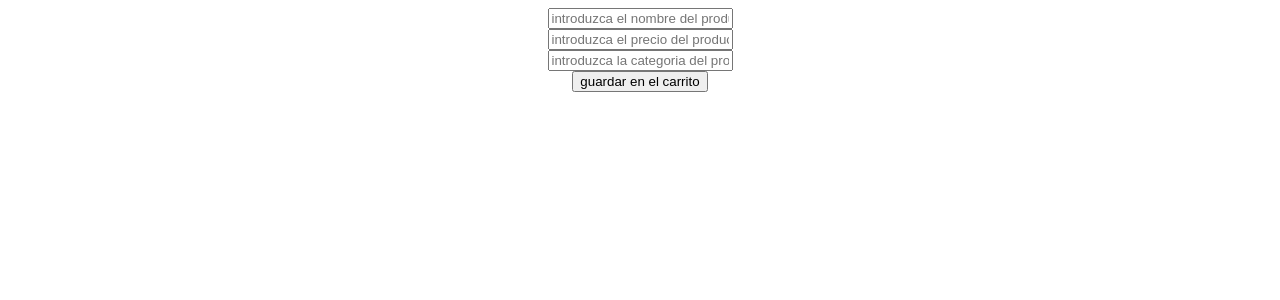
Repository: angegon/Developing-Applications-for-the-Java-EE-Platform
Page: javaee/17_carrito_compra_jsp/WebContent/agregar.html
An editor plug-in stored every save of this project. The page is shown before and after the next save, followed by the edit.
The browser window is 1280 px wide. The pictures show the whole page.

Above is the page before, as saved 2016-12-22 17:01:15.

After the next save:
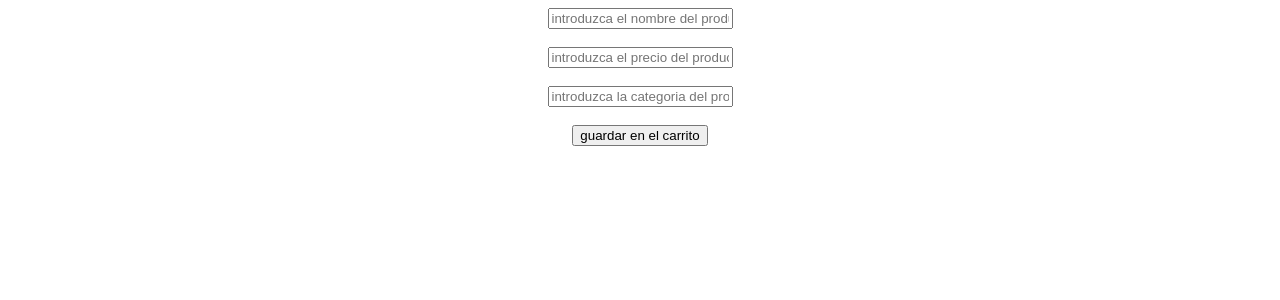
Saved 6 s later.
--- a/javaee/17_carrito_compra_jsp/WebContent/agregar.html
+++ b/javaee/17_carrito_compra_jsp/WebContent/agregar.html
@@ -8,11 +8,11 @@
 	<center>
 		<form action="agregar" method="post">
 			<input type="text" name="nombre"
-				placeholder="introduzca el nombre del producto" /> </br><input
+				placeholder="introduzca el nombre del producto" /> </br></br><input
 				type="text" name="precio"
-				placeholder="introduzca el precio del producto" /> </br><input
+				placeholder="introduzca el precio del producto" /> </br></br><input
 				type="text" name="categoria"
-				placeholder="introduzca la categoria del producto" /> </br><input
+				placeholder="introduzca la categoria del producto" /> </br></br><input
 				type="submit" value="guardar en el carrito" />
 		</form>
 	</center>
